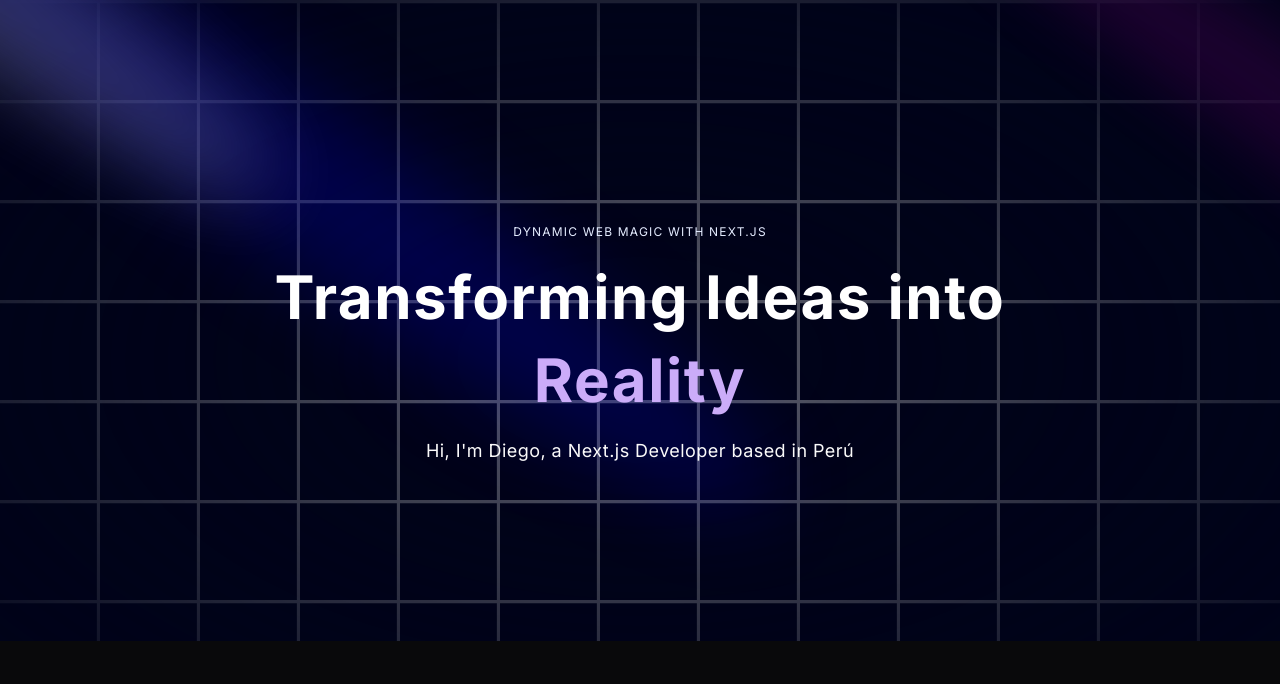
Repository: drsamame/portfolio.next
Page: /
An editor plug-in stored every save of this project. The page is shown before and after the next save, followed by the edit.
The browser window is 1280 px wide. The pictures show the whole page.
The project was rebuilt for these pictures with package versions that can differ from the ones it lists, and the page was loaded fresh each time. The framework's server and built-in components were replaced by stand-ins that run in the browser. Also part of the build but not shown: next.config.mjs.

Above is the page before, as saved 2024-07-02 16:48:45.

### app/layout.tsx
import type { Metadata } from 'next';
import { Inter } from 'next/font/google';
import './globals.css';
import { ThemeProvider } from './provider';

const inter = Inter({ subsets: ['latin'] });

export const metadata: Metadata = {
	title: "Diego's Portfolio",
	description: 'Modern & Minimalist JS Mastery Portfolio',
};

export default function RootLayout({
	children,
}: Readonly<{
	children: React.ReactNode;
}>) {
	return (
		<html lang="en">
			<body className={inter.className}>
				<ThemeProvider
					attribute="class"
					defaultTheme="dark"
					enableSystem
					disableTransitionOnChange
				>
					{children}
				</ThemeProvider>
			</body>
		</html>
	);
}

### app/page.tsx
import Hero from "@/components/Hero";


export default function Home() {
  return (
    <main className="relative bg-black-100 flex justify-center items-center flex-col overflow-hidden mx-auto sm:px-10 px-5">
      <div className="max-w-7xl w-full">
        <Hero />
      </div>
    </main>
  );
}

### components/Hero.tsx
import React from 'react';
import { Spotlight } from '@/components/ui/Spotlight';
import { TextGenerateEffect } from './ui/TextGenerateEffect';

function Hero() {
	return (
		<div className="pb-20 pt-36">
			<div>
				{' '}
				<Spotlight
					className="-top-40 -left-10 md:-left-32 md:-top-20p h-screen"
					fill="white"
				/>
				<Spotlight
					className="top-10 left-full h-[80vh] w-[50vw]"
					fill="purple"
				/>
				<Spotlight className="top-28 left-80 h-[80-vh] w-[50vw]" fill="blue" />
			</div>
			<div className="h-screen w-full dark:bg-black-100 bg-white  dark:bg-grid-white/[0.3] bg-grid-black/[0.2] flex items-center justify-center absolute left-0 top-0">
				<div className="absolute pointer-events-none inset-0 flex items-center justify-center dark:bg-black-100 bg-white [mask-image:radial-gradient(ellipse_at_center,transparent_20%,black)]"></div>
			</div>
			<div className="flex justify-center relative my-20 z-10">
				<div className="max-w-[89vw] md:max-w-2xl lg:max-w-[60vw] flex flex-col items-center justify-center">
					<h2 className="uppercase tracking-widest text-xs text-center text-blue-100 max-w-80">
						DYNAMIC WEB MAGIC WITH NEXT.JS
					</h2>
					<TextGenerateEffect
						className="text-center text-[40px] md:text-5xl lg:text-6xl"
						words={'Transforming Ideas into Reality'}
					></TextGenerateEffect>
					<p className='text-center md:tracking-wide mb-4 text-sm md:text-lg'>Hi, I&apos;m Diego, a Next.js Developer based in Perú</p>
				</div>
			</div>
		</div>
	);
}

export default Hero;

### components/ui/Spotlight.tsx
import React from "react";
import { cn } from "@/utils/cn";

type SpotlightProps = {
  className?: string;
  fill?: string;
};

export const Spotlight = ({ className, fill }: SpotlightProps) => {
  return (
    <svg
      className={cn(
        "animate-spotlight pointer-events-none absolute z-[1]  h-[169%] w-[138%] lg:w-[84%] opacity-0",
        className
      )}
      xmlns="http://www.w3.org/2000/svg"
      viewBox="0 0 3787 2842"
      fill="none"
    >
      <g filter="url(#filter)">
        <ellipse
          cx="1924.71"
          cy="273.501"
          rx="1924.71"
          ry="273.501"
          transform="matrix(-0.822377 -0.568943 -0.568943 0.822377 3631.88 2291.09)"
          fill={fill || "white"}
          fillOpacity="0.21"
        ></ellipse>
      </g>
      <defs>
        <filter
          id="filter"
          x="0.860352"
          y="0.838989"
          width="3785.16"
          height="2840.26"
          filterUnits="userSpaceOnUse"
          colorInterpolationFilters="sRGB"
        >
          <feFlood floodOpacity="0" result="BackgroundImageFix"></feFlood>
          <feBlend
            mode="normal"
            in="SourceGraphic"
            in2="BackgroundImageFix"
            result="shape"
          ></feBlend>
          <feGaussianBlur
            stdDeviation="151"
            result="effect1_foregroundBlur_1065_8"
          ></feGaussianBlur>
        </filter>
      </defs>
    </svg>
  );
};

### components/ui/TextGenerateEffect.tsx
"use client";
import { useEffect } from "react";
import { motion, stagger, useAnimate } from "framer-motion";
import { cn } from "@/utils/cn";

export const TextGenerateEffect = ({
  words,
  className,
}: {
  words: string;
  className?: string;
}) => {
  const [scope, animate] = useAnimate();
  let wordsArray = words.split(" ");
  useEffect(() => {
    animate(
      "span",
      {
        opacity: 1,
      },
      {
        duration: 2,
        delay: stagger(0.2),
      }
    );
  }, [scope.current]);

  const renderWords = () => {
    return (
      <motion.div ref={scope}>
        {wordsArray.map((word, idx) => {
          return (
            <motion.span
              key={word + idx}
              className={`${ idx > 2 ? 'text-purple': 'dark:text-white text-black'}  opacity-0`}
            >
              {word}{" "}
            </motion.span>
          );
        })}
      </motion.div>
    );
  };

  return (
    <div className={cn("font-bold", className)}>
      <div className="my-4">
        <div className=" dark:text-white text-black leading-snug tracking-wide">
          {renderWords()}
        </div>
      </div>
    </div>
  );
};

Loaded but not shown: app/globals.css (common file); app/provider.tsx (common file); utils/cn.ts (common file); tailwind.config.ts (common file)

After the next save:
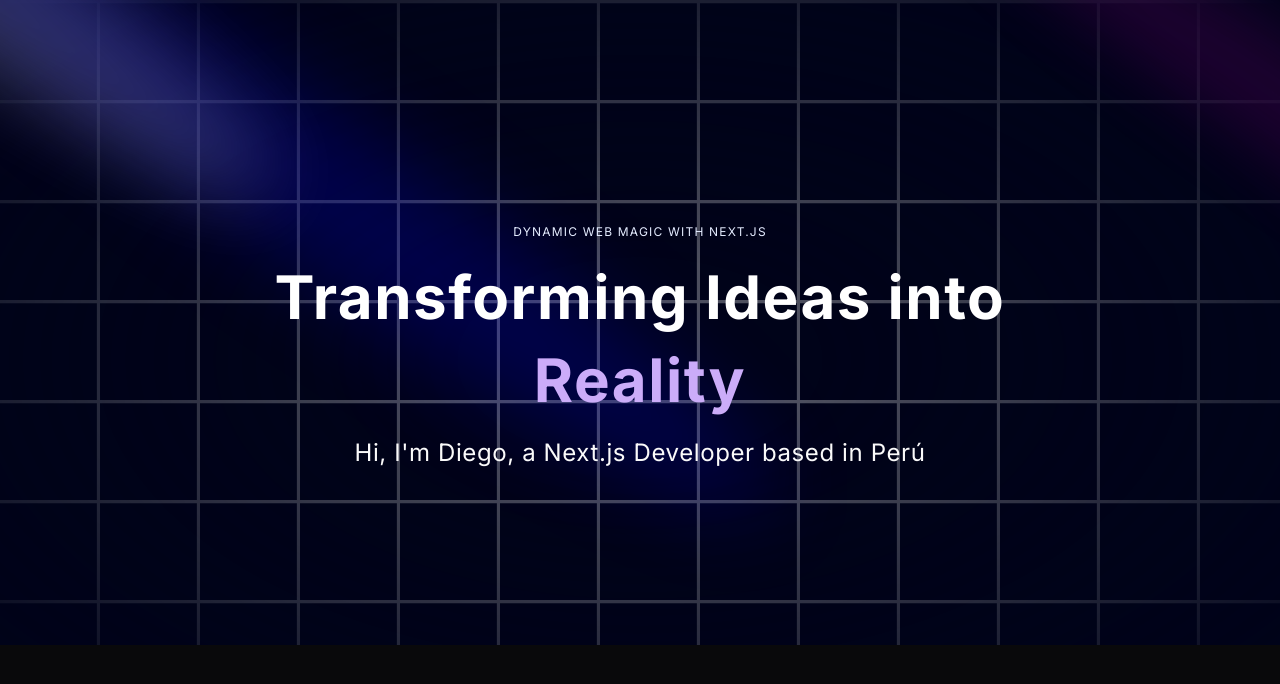
Saved 6 min 55 s later.
--- a/components/Hero.tsx
+++ b/components/Hero.tsx
@@ -29,7 +29,7 @@
 						className="text-center text-[40px] md:text-5xl lg:text-6xl"
 						words={'Transforming Ideas into Reality'}
 					></TextGenerateEffect>
-					<p className='text-center md:tracking-wide mb-4 text-sm md:text-lg'>Hi, I&apos;m Diego, a Next.js Developer based in Perú</p>
+					<p className='text-center md:tracking-wide mb-4 text-sm md:text-lg lg:text-2xl'>Hi, I&apos;m Diego, a Next.js Developer based in Perú</p>
 				</div>
 			</div>
 		</div>
